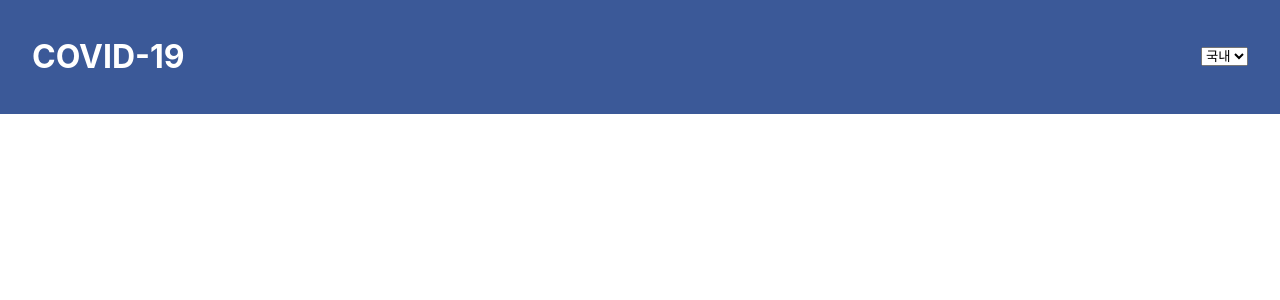
Repository: WOOBINKIM930518/test
Page: /
An editor plug-in stored every save of this project. The page is shown before and after the next save, followed by the edit.
The browser window is 1280 px wide. The pictures show the whole page.
The project was rebuilt for these pictures with package versions that can differ from the ones it lists, and the page was loaded fresh each time.

Above is the page before, as saved 2022-01-12 21:57:06.

After the next save:
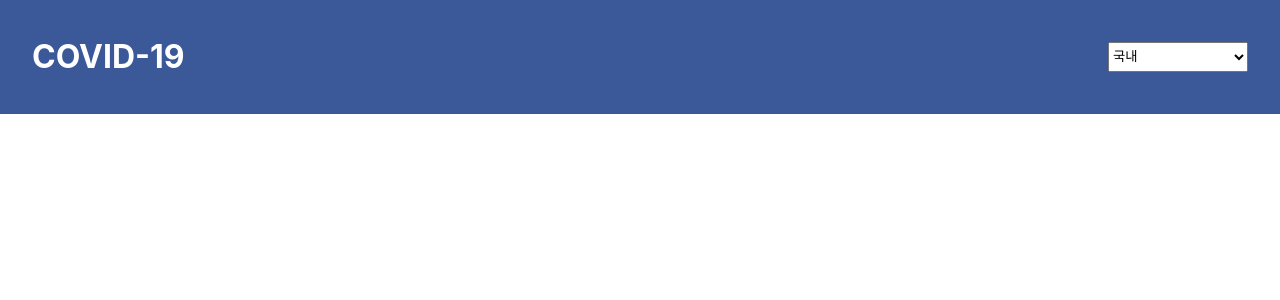
Saved 34 s later.
--- a/src/App.css
+++ b/src/App.css
@@ -13,5 +13,9 @@
 
 .header{
   color:#fff;
+}
 
+.header select{
+  height: 30px;
+  width: 140px;
 }
